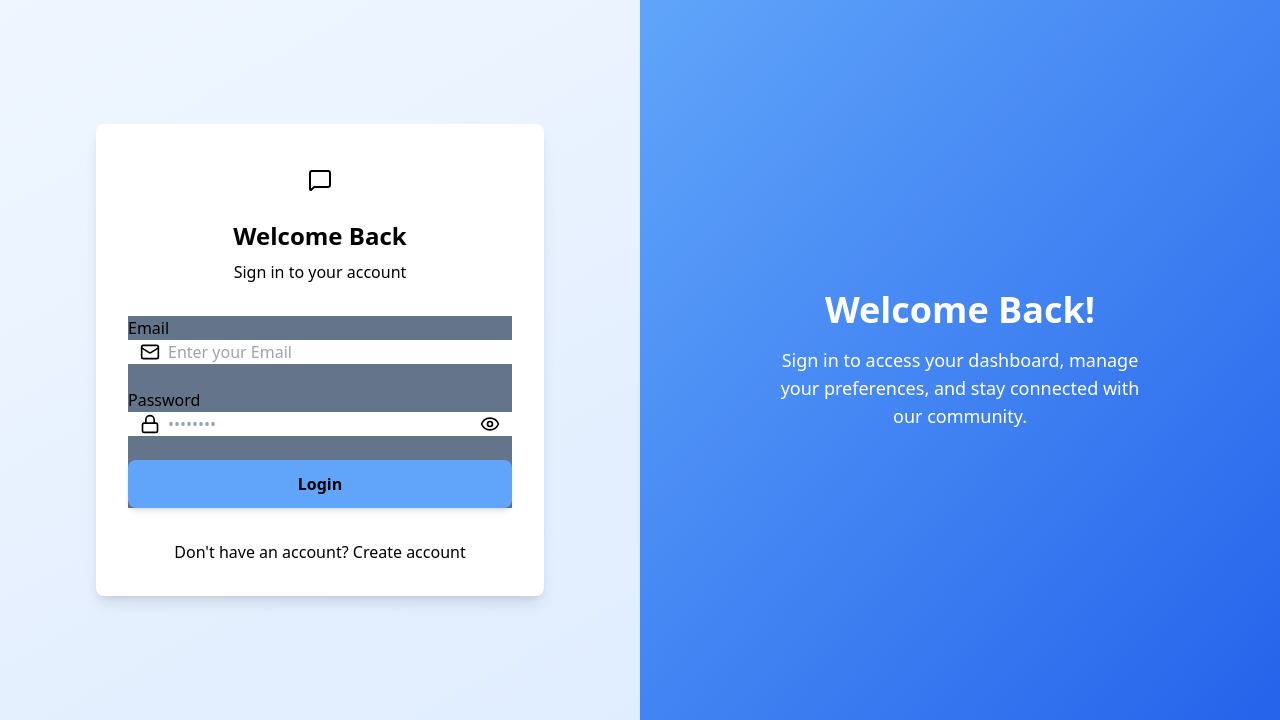
Repository: Subhashree-Nayak507/Test
Page: /login (app in client/)
These files come from the project's save history. The page is drawn as it stood at one moment and after the next save; the edit follows.
The browser window is 1280 px wide. The pictures show the whole page.
The project was rebuilt for these pictures with package versions that can differ from the ones it lists, and the page was loaded fresh each time. Also part of the build but not shown: client/vite.config.js, client/src/pages/FormPage.jsx, client/src/pages/SignupPage.jsx.

Above is the page before, as saved 2025-01-06 09:05:16.

### client/src/main.jsx
import React from 'react'
import ReactDOM from 'react-dom/client'
import App from './App.jsx'
import './index.css'
import { Provider } from 'react-redux';
import { BrowserRouter } from 'react-router-dom'
import store from './store/store.js';

ReactDOM.createRoot(document.getElementById('root')).render(
    <Provider store={store}>
       <BrowserRouter>
          <App />
        </BrowserRouter>
    </Provider>

)

### client/src/App.jsx
import { Route, Routes } from 'react-router-dom';
import FormPage from './pages/FormPage';
import SignUpPage from './pages/SignupPage';
import LoginPage from './pages/LoginPage';

const App = () =>{
    return (
        < >
         <Routes >
           <Route path="/" element={<SignUpPage />} />
           <Route path="/login" element={<LoginPage />} />
            <Route path="/formPage" element={<FormPage />} />
         </Routes>
        </>

      )

}
export default App;

### client/src/store/store.js
import { configureStore } from '@reduxjs/toolkit';
import formReducer from './FormSlice/FormSlice';

const store = configureStore({
  reducer: {
    form: formReducer,
  },
});

export default store;

### client/src/pages/LoginPage.jsx
import { useState } from "react";
import { Link } from "react-router-dom";
import { Eye, EyeOff, Loader2, Lock, Mail, MessageSquare } from "lucide-react";

const LoginPage = () => {
  const [showPassword, setShowPassword] = useState(false);
  const [email, setEmail] = useState("");
  const [password, setPassword] = useState("");
  const [isLoggingIn, setIsLoggingIn] = useState(false);

  const handleSubmit = async (e) => {
    e.preventDefault();
    setIsLoggingIn(true);

    // Simulate login delay (remove this in actual implementation)
    setTimeout(() => {
      setIsLoggingIn(false);
      alert("Logged in successfully!"); // Replace with actual login logic
    }, 2000);
  };

  return (
    <div className="h-screen grid lg:grid-cols-2 bg-gradient-to-br from-blue-50 to-blue-100">
      {/* Left Side - Form */}
      <div className="flex flex-col justify-center items-center p-6 sm:p-12">
        <div className="w-full max-w-md space-y-8 bg-white p-8 shadow-lg rounded-lg">
          {/* Logo */}
          <div className="text-center mb-8">
            <div className="flex flex-col items-center gap-2 group">
              <div
                className="w-12 h-12 rounded-xl bg-primary/10 flex items-center justify-center
                group-hover:bg-primary/20 transition-colors"
              >
                <MessageSquare className="w-6 h-6 text-primary" />
              </div>
              <h1 className="text-2xl font-bold mt-2">Welcome Back</h1>
              <p className="text-base-content/60">Sign in to your account</p>
            </div>
          </div>

          {/* Form */}
          <form onSubmit={handleSubmit} className="space-y-6 bg-slate-500">
            <div className="form-control">
              <label className="label">
                <span className="label-text font-medium">Email</span>
              </label>
              <div className="relative">
                <div className="absolute inset-y-0 left-0 pl-3 flex items-center pointer-events-none">
                  <Mail className="h-5 w-5 text-base-content/40" />
                </div>
                <input
                  type="email"
                  className="input input-bordered w-full pl-10 focus:ring-2 focus:ring-primary focus:outline-none"
                  placeholder="Enter your Email"
                  value={email}
                  onChange={(e) => setEmail(e.target.value)}
                />
              </div>
            </div>

            <div className="form-control">
              <label className="label">
                <span className="label-text font-medium">Password</span>
              </label>
              <div className="relative">
                <div className="absolute inset-y-0 left-0 pl-3 flex items-center pointer-events-none">
                  <Lock className="h-5 w-5 text-base-content/40" />
                </div>
                <input
                  type={showPassword ? "text" : "password"}
                  className="input input-bordered w-full pl-10 focus:ring-2 focus:ring-primary focus:outline-none"
                  placeholder="••••••••"
                  value={password}
                  onChange={(e) => setPassword(e.target.value)}
                />
                <button
                  type="button"
                  className="absolute inset-y-0 right-0 pr-3 flex items-center"
                  onClick={() => setShowPassword(!showPassword)}
                >
                  {showPassword ? (
                    <EyeOff className="h-5 w-5 text-base-content/40" />
                  ) : (
                    <Eye className="h-5 w-5 text-base-content/40" />
                  )}
                </button>
              </div>
            </div>

            <button
              type="submit"
              className={`btn btn-primary w-full flex justify-center bg-blue-400 text-black
               items-center py-3 rounded-lg font-semibold shadow-md transition-all duration-300 hover:bg-primary-focus
                hover:scale-105 active:scale-95 `}>
              Login
            </button>
          </form>

          <div className="text-center">
            <p className="text-base-content/60">
              Don&apos;t have an account?{" "}
              <Link to="/" className="link link-primary">
                Create account
              </Link>
            </p>
          </div>
        </div>
      </div>

      {/* Right Side - Decorative */}
      <div className="hidden lg:flex items-center justify-center bg-gradient-to-br from-blue-400 to-blue-600 text-white">
        <div className="text-center max-w-md p-8">
          <h2 className="text-4xl font-bold mb-4">Welcome Back!</h2>
          <p className="text-lg">
            Sign in to access your dashboard, manage your preferences, and stay
            connected with our community.
          </p>
        </div>
      </div>
    </div>
  );
};

export default LoginPage;

### client/src/store/FormSlice/FormSlice.js
import { createSlice, createAsyncThunk } from '@reduxjs/toolkit';
import axios from 'axios';

// Constants
const API_URL = 'http://localhost:5000/form';

// Initial state
const initialState = {
  formData: {
    name: '',
    email: '',
    file: null,
  },
  status: 'idle',
  error: null,
};

// Async thunk for form submission
export const submitForm = createAsyncThunk(
  'form/submitForm',
  async (formData, { rejectWithValue }) => {
    try {
      const data = new FormData();

      data.append('Name', formData.name);
      data.append('email', formData.email);
      data.append('File', formData.file);

      const response = await axios.post(API_URL, data, {
        headers: { 'Content-Type': 'multipart/form-data' },
      });
      return response.data;
    } catch (error) {
      return rejectWithValue(
        error.response?.data || 'Failed to submit form'
      );
    }
  }
);

const formSlice = createSlice({
  name: 'form',
  initialState,
  reducers: {
    updateForm: (state, action) => {
      state.formData = { ...state.formData, ...action.payload };
    },
    resetForm: (state) => {
      state.formData = initialState.formData;
      state.status = 'idle';
      state.error = null;
    },
  },
  extraReducers: (builder) => {
    builder
      .addCase(submitForm.pending, (state) => {
        state.status = 'loading';
        state.error = null;
      })
      .addCase(submitForm.fulfilled, (state) => {
        state.status = 'succeeded';
        state.formData = initialState.formData;
      })
      .addCase(submitForm.rejected, (state, action) => {
        state.status = 'failed';
        state.error = action.payload;
      });
  },
});

export const { updateForm, resetForm } = formSlice.actions;
export default formSlice.reducer;

Loaded but not shown: client/index.html (common file); client/src/index.css (common file); client/tailwind.config.js (common file)

After the next save:
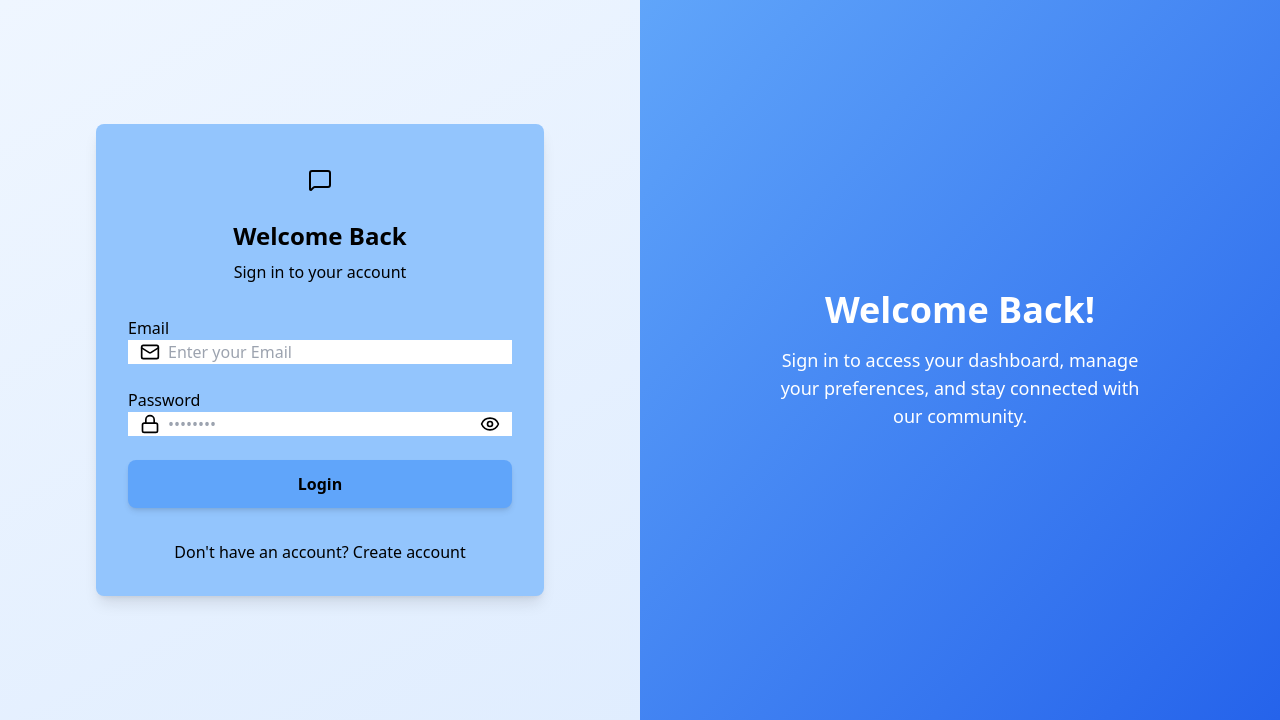
Saved 92 s later.
--- a/client/src/pages/LoginPage.jsx
+++ b/client/src/pages/LoginPage.jsx
@@ -23,7 +23,7 @@ const LoginPage = () => {
     <div className="h-screen grid lg:grid-cols-2 bg-gradient-to-br from-blue-50 to-blue-100">
       {/* Left Side - Form */}
       <div className="flex flex-col justify-center items-center p-6 sm:p-12">
-        <div className="w-full max-w-md space-y-8 bg-white p-8 shadow-lg rounded-lg">
+        <div className="w-full max-w-md space-y-8 bg-blue-300 p-8 shadow-lg rounded-lg">
           {/* Logo */}
           <div className="text-center mb-8">
             <div className="flex flex-col items-center gap-2 group">
@@ -39,7 +39,7 @@ const LoginPage = () => {
           </div>
 
           {/* Form */}
-          <form onSubmit={handleSubmit} className="space-y-6 bg-slate-500">
+          <form onSubmit={handleSubmit} className="space-y-6 ">
             <div className="form-control">
               <label className="label">
                 <span className="label-text font-medium">Email</span>
